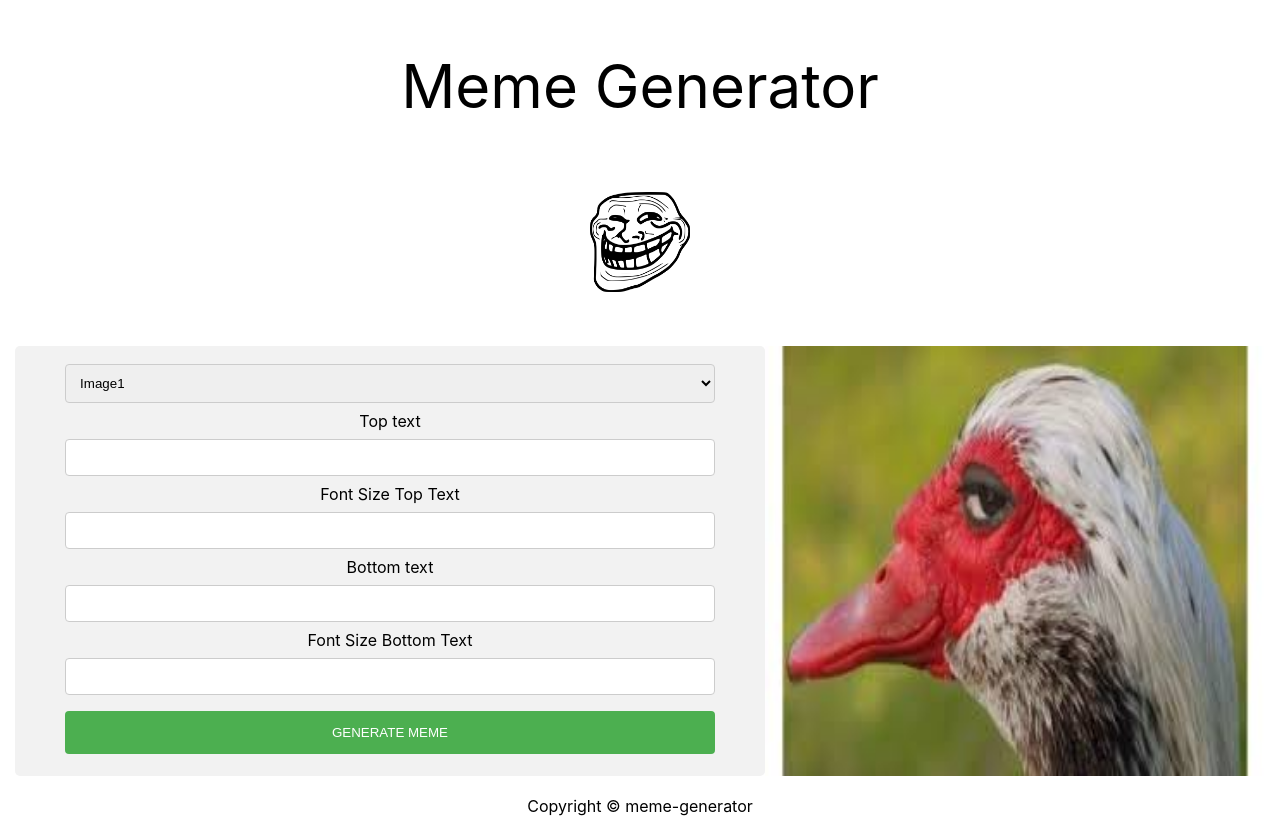
Repository: JivkoJelev91/Meme-Generator
Page: /
An editor plug-in stored every save of this project. The page is shown before and after the next save, followed by the edit.
The browser window is 1280 px wide. The pictures show the whole page.
The project was rebuilt for these pictures with package versions that can differ from the ones it lists, and the page was loaded fresh each time.

Above is the page before, as saved 2018-10-11 14:51:46.

### src/App.js
import React, { Component } from 'react';
import logo from './logo.png';
import './App.css';
import Memes from './memes'

class App extends Component {
  render() {
    return (
      <div className="App">
          <header>Meme Generator</header>
          <img src={logo} className="App-logo" alt="logo" />
          <Memes />
      </div>
    );
  }
}

export default App;

### src/App.css
*{
  margin:0;
}

.App {
  text-align: center;
}

.App-logo {
  animation: App-logo-spin infinite 20s linear;
  width:100px;
  height: 100px;
  padding-top: 20px;
  padding-bottom: 50px;

}

.wrapper{
  display:flex;
  justify-content: center;
  flex-wrap: wrap;
}

header{
  font-size:60px;
  padding: 50px;
}

button{
  width: 100%;
  background-color: #4CAF50;
  color: white;
  padding: 14px 20px;
  margin: 8px 0;
  border: none;
  border-radius: 4px;
  cursor: pointer;
}

button:hover{
  background-color: #45a049;
}


input[type=text],input[type=number], select{
  width: 100%;
  padding: 10px;
  margin: 8px 0;
  display: inline-block;
  border: 1px solid #ccc;
  border-radius: 4px;
  box-sizing: border-box;
}

.form{
  border-radius: 5px;
  background-color: #f2f2f2;
  padding: 10px 50px;
}

.pictureContainer{
  position: relative;
  max-width: 500px;
  height: 430px;
  width:100%;
  width: 100%;
  font-size:33px;
}

.memePictures{
  width: 100%;
  height: 100%;
}

@media (max-width: 550px) {
  header{
    font-size:40px;
    padding: 15px;
  }
  input[type=text]{
    padding: 15px 10px;
  }
  .form{
    padding-left: 20%;
    padding-right: 20%;
  }
  .pictureContainer{
    height: 300px;
    font-size:23px;
  }
}

.topText{
  top:5px;
}

.bottomText{
  margin:0 15px;
}

.topText, .bottomText{
  color:#FFF;
  position: absolute;
  bottom: 0;
  left:0;
  right:0;
  font-size:90%;
  text-shadow:
  1px  1px 2px black,
  1px -1px 2px black,
 -1px  1px 2px black,
 -1px -1px 2px black;
 word-break: inherit;
}

footer{
  padding: 20px;
}

### src/memes.js
import React, { Component } from 'react';
import './App.css';
import arr from './imagesData';

class Memes extends Component {
    constructor(props) {
        super(props);
        this.state = {
          value: 'picture1.jpg',
          topText: "",
          bottomText: "",
          topFontSize: "",
          bottomFontSize: 33,
          active : false
        };
      }

    handleChange = (event) => {
        this.setState({
            value: event.target.value,
            active: false,
        });
    }

    handleInput = (event) => {
        this.setState({
            [event.target.name]: event.target.value ,
            active:false
        });
    }



    generate = () => {

        console.log(this.state.topFontSize);

        // this.setState({
        //     topFontSize: this.state.topFontSize,
        //     bottomFontSize: this.state.bottomFontSize,
        //     active:false
        // });
        this.setState({
            active: true
        });
    }

    render() {
        return (
            <div>
            <div className="wrapper">
                <div className="form">
                    <div>
                        <select onChange={this.handleChange}>
                            {
                            arr.map(img => {
                                return <option key={img.id} value={img.name}>
                                            Image{img.id}
                                       </option>
                            })
                            }
                        </select>
                    </div>
                    <div>
                        <label>Top text</label>
                        <input type="text" name="topText" onChange={this.handleInput}/>
                        <label>Font Size Top Text</label>
                        <input type="number" name="topFontSize" onChange={this.handleFontSize}/>
                    </div>
                    <div>
                        <label>Bottom text</label>
                        <input type="text" name="bottomText" onChange={this.handleInput}/>
                        <label>Font Size Bottom Text</label>
                        <input type="number" name="bottomFontSize" onChange={this.handleFontSize}/>
                    </div>
                    <div>
                        <button
                            onClick={this.generate}>
                            GENERATE MEME
                        </button>
                    </div>
            </div>
            <div className="pictureContainer">
                <div className="topText" style={{fontSize: this.state.topFontSize + 'px'}}>
                    { this.state.active ? this.state.topText:  "" }
                </div>
                <img src= {require(`./meme-pictures/${this.state.value}`)} className="memePictures"/>
                <div className="bottomText">
                    { this.state.active ? this.state.bottomText : "" }
                </div>
            </div>
         </div>
         <footer>Copyright © meme-generator</footer>
         </div>
        );
      }
}

export default Memes;

### src/imagesData.js
var arr = [{
        'id': '1',
        'name': 'picture1.jpg',
        'alt': 'picture1'
    },
    {
        'id': '2',
        'name': 'picture2.jpg',
        'alt': 'picture2'
    },
    {
        'id': '3',
        'name': 'picture3.jpg',
        'alt': 'picture3'
    },
    {
        'id': '4',
        'name': 'picture4.jpg',
        'alt': 'picture4'
    },
    {
        'id': '5',
        'name': 'picture5.jpg',
        'alt': 'picture5'
    },
    {
        'id': '6',
        'name': 'picture6.jpg',
        'alt': 'picture6'
    },
    {
        'id': '7',
        'name': 'picture7.jpg',
        'alt': 'picture7'
    },
    {
        'id': '8',
        'name': 'picture8.jpg',
        'alt': 'picture8'
    },
    {
        'id': '9',
        'name': 'picture9.jpg',
        'alt': 'picture9'
    },
    {
        'id': '10',
        'name': 'picture10.jpg',
        'alt': 'picture10'
    },
    {
        'id': '11',
        'name': 'picture11.jpg',
        'alt': 'picture11'
    },
    {
        'id': '12',
        'name': 'picture12.jpg',
        'alt': 'picture12'
    },
    {
        'id': '13',
        'name': 'picture13.jpg',
        'alt': 'picture13'
    },
    {
        'id': '14',
        'name': 'picture14.jpg',
        'alt': 'picture14'
    },
    {
        'id': '15',
        'name': 'picture15.jpg',
        'alt': 'picture15'
    },
    {
        'id': '16',
        'name': 'picture16.jpg',
        'alt': 'picture16'
    },
    {
        'id': '17',
        'name': 'picture17.jpg',
        'alt': 'picture17'
    },
    {
        'id': '18',
        'name': 'picture18.jpg',
        'alt': 'picture18'
    },
    {
        'id': '19',
        'name': 'picture19.jpg',
        'alt': 'picture19'
    },
    {
        'id': '20',
        'name': 'picture20.jpg',
        'alt': 'picture20'
    },
    {
        'id': '21',
        'name': 'picture21.jpg',
        'alt': 'picture21'
    },
    {
        'id': '22',
        'name': 'picture22.jpg',
        'alt': 'picture22'
    },
    {
        'id': '23',
        'name': 'picture23.jpg',
        'alt': 'picture23'
    },
    {
        'id': '24',
        'name': 'picture24.jpg',
        'alt': 'picture24'
    },
    {
        'id': '25',
        'name': 'picture25.jpg',
        'alt': 'picture25'
    },
    {
        'id': '26',
        'name': 'picture26.jpg',
        'alt': 'picture26'
    },
    {
        'id': '27',
        'name': 'picture27.jpg',
        'alt': 'picture27'
    },
    {
        'id': '28',
        'name': 'picture28.jpg',
        'alt': 'picture28'
    },
    {
        'id': '29',
        'name': 'picture29.jpg',
        'alt': 'picture29'
    },
    {
        'id': '30',
        'name': 'picture30.jpg',
        'alt': 'picture30'
    }
];

export default arr;


// for (var i = 1; i <= 30; i++) {
//     console.log(`{
//         'id':'${i}',
//         'name':'picture${i}.jpg',
//         'alt': 'picture${i}'
//     },`)
// }

Loaded but not shown: public/index.html (common file); src/index.js (common file); src/index.css (common file); src/serviceWorker.js (common file)

After the next save:
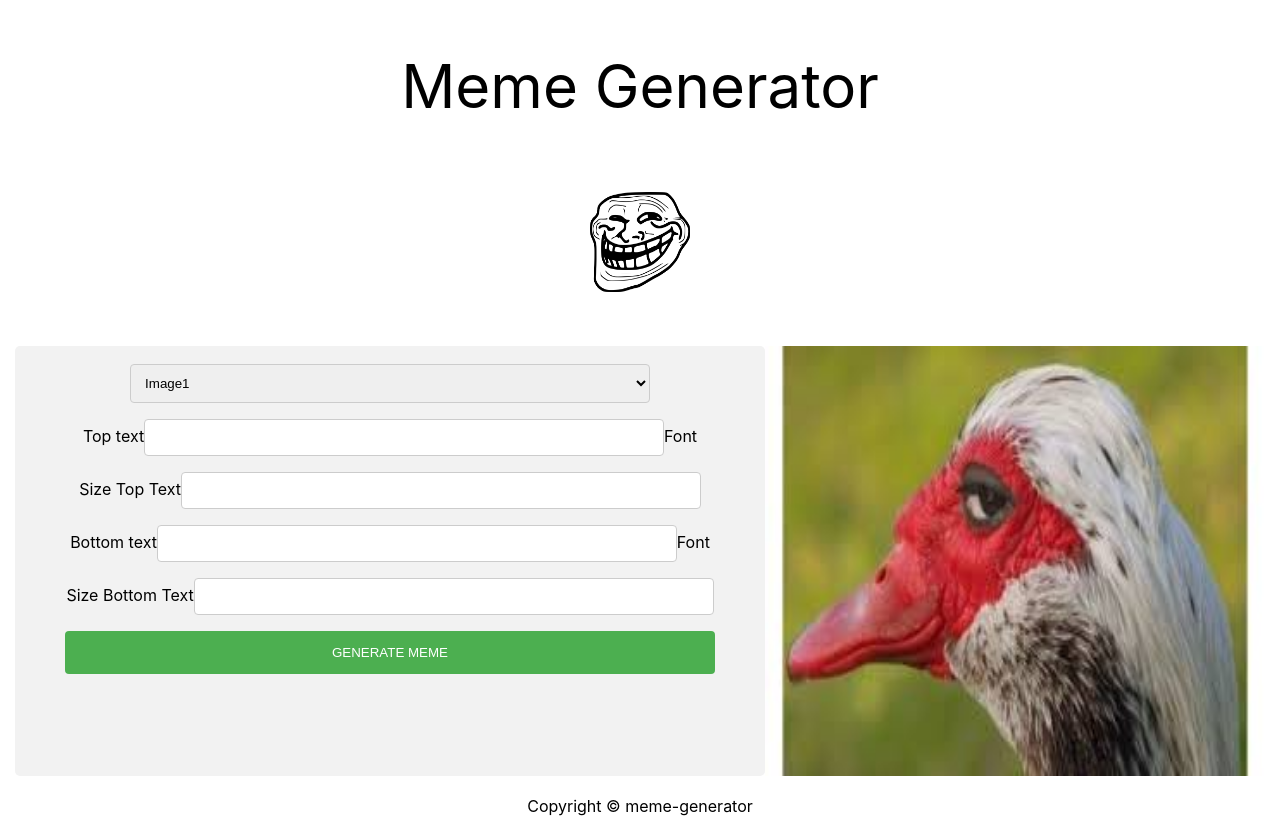
Saved 4 min 57 s later.
--- a/src/App.css
+++ b/src/App.css
@@ -43,7 +43,7 @@
 
 
 input[type=text],input[type=number], select{
-  width: 100%;
+  width: 80%;
   padding: 10px;
   margin: 8px 0;
   display: inline-block;

After the save that followed:
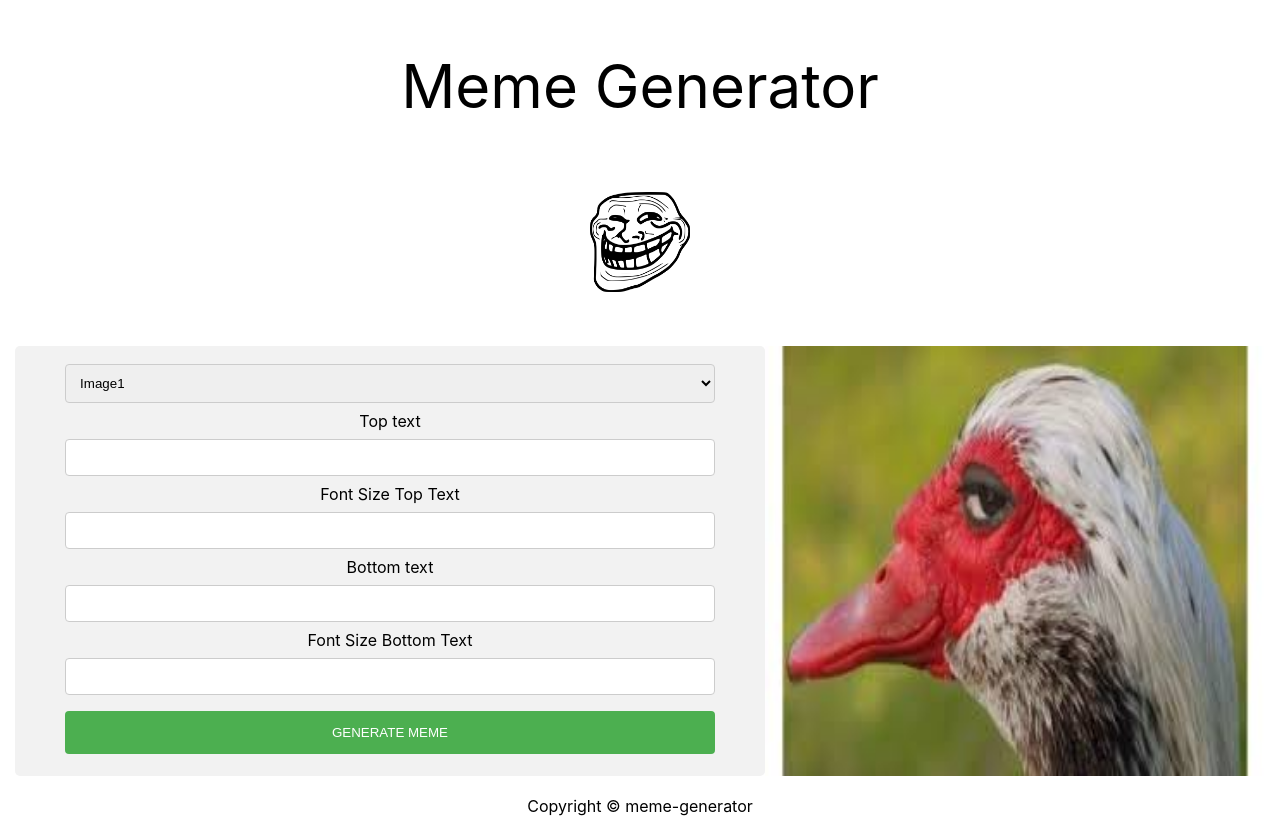
Saved 4 s later.
--- a/src/App.css
+++ b/src/App.css
@@ -43,7 +43,7 @@
 
 
 input[type=text],input[type=number], select{
-  width: 80%;
+  width: 100%;
   padding: 10px;
   margin: 8px 0;
   display: inline-block;
